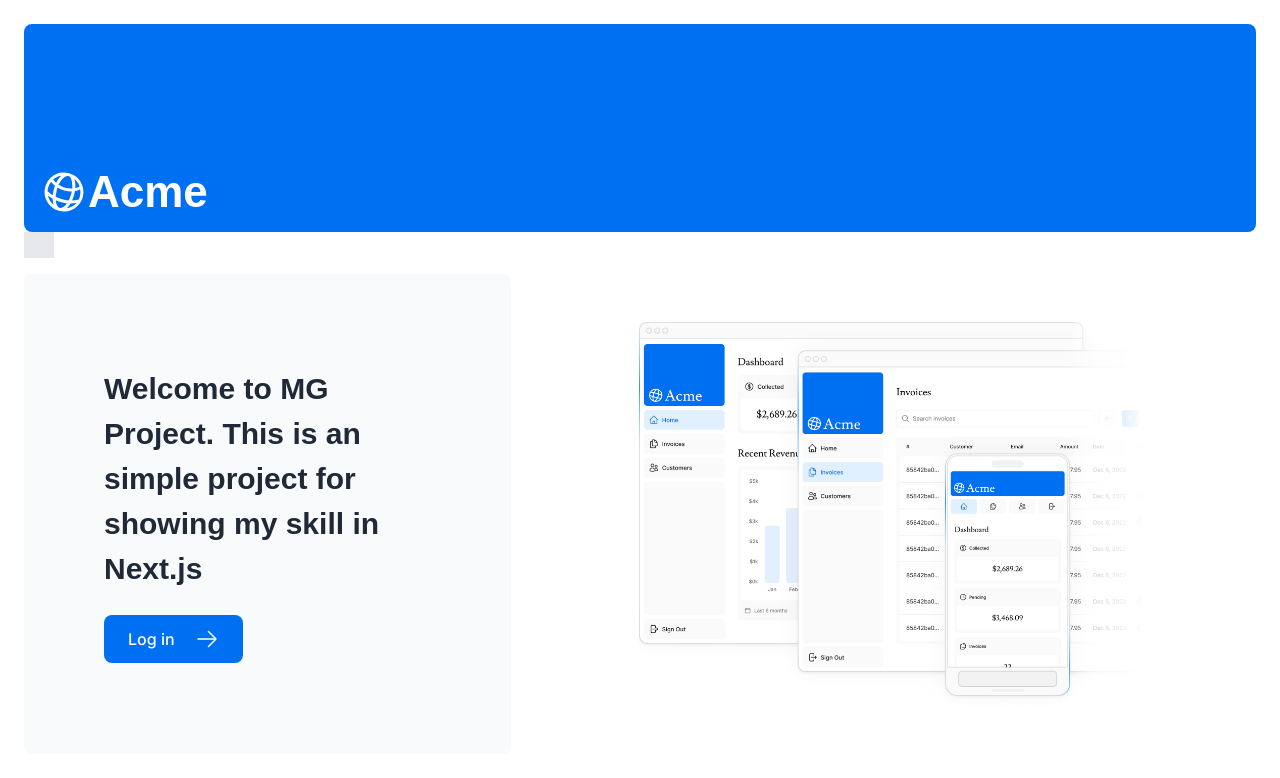
Repository: MikayelGubryan/Financial-dashboard
Page: /
These files come from the project's save history. The page is drawn as it stood at one moment and after the next save; the edit follows.
The browser window is 1280 px wide. The pictures show the whole page.
Some web fonts or font styles are not loaded; a fallback is used. The project was rebuilt for these pictures with package versions that can differ from the ones it lists, and the page was loaded fresh each time. The framework's server and built-in components were replaced by stand-ins that run in the browser. Also part of the build but not shown: next.config.mjs.

Above is the page before, as saved 2024-07-08 22:47:42.

### app/page.tsx
import AcmeLogo from '@/app/ui/acme-logo';
import { ArrowRightIcon } from '@heroicons/react/24/outline';
import Link from 'next/link';
import { lusitana } from './ui/fonts';
import Image from 'next/image';

export default function Page() {
  return (
    <main className="flex min-h-screen flex-col p-6">
      <div className="flex h-20 shrink-0 items-end rounded-lg bg-blue-500 p-4 md:h-52">
        <AcmeLogo />
      </div>
      <div
  className="relative w-0 h-0 border-l-[15px] border-r-[15px] border-b-[26px]"
/>
      <div className="mt-4 flex grow flex-col gap-4 md:flex-row">
        <div className="flex flex-col justify-center gap-6 rounded-lg bg-gray-50 px-6 py-10 md:w-2/5 md:px-20">
          <p className={`text-xl text-gray-800 md:text-3xl md:leading-normal ${lusitana.className}`}>
            <strong>Welcome to MG Project.</strong> This is an simple project for showing my skill in Next.js
          </p>
          <Link
            href="/login"
            className="flex items-center gap-5 self-start rounded-lg bg-blue-500 px-6 py-3 text-sm font-medium text-white transition-colors hover:bg-blue-400 md:text-base"
          >
            <span>Log in</span> <ArrowRightIcon className="w-5 md:w-6" />
          </Link>
        </div>
        <div className="flex items-center justify-center p-6 md:w-3/5 md:px-28 md:py-12">
          <Image
            src="/hero-desktop.png"
            width={1000}
            height={760}
            className="hidden md:block"
            alt="Screenshots of the dashboard project showing desktop version"
          />
        </div>
      </div>
    </main>
  );
}

### app/ui/fonts.ts
import { Inter } from 'next/font/google';
import { Lusitana } from 'next/font/google';

export const inter = Inter({subsets: ['latin']});
export const lusitana = Lusitana({subsets: ['latin'], weight: '700'})

Loaded but not shown: app/layout.tsx (common file); app/ui/global.css (common file); app/ui/acme-logo.tsx (common file); tailwind.config.ts (common file)

After the next save:
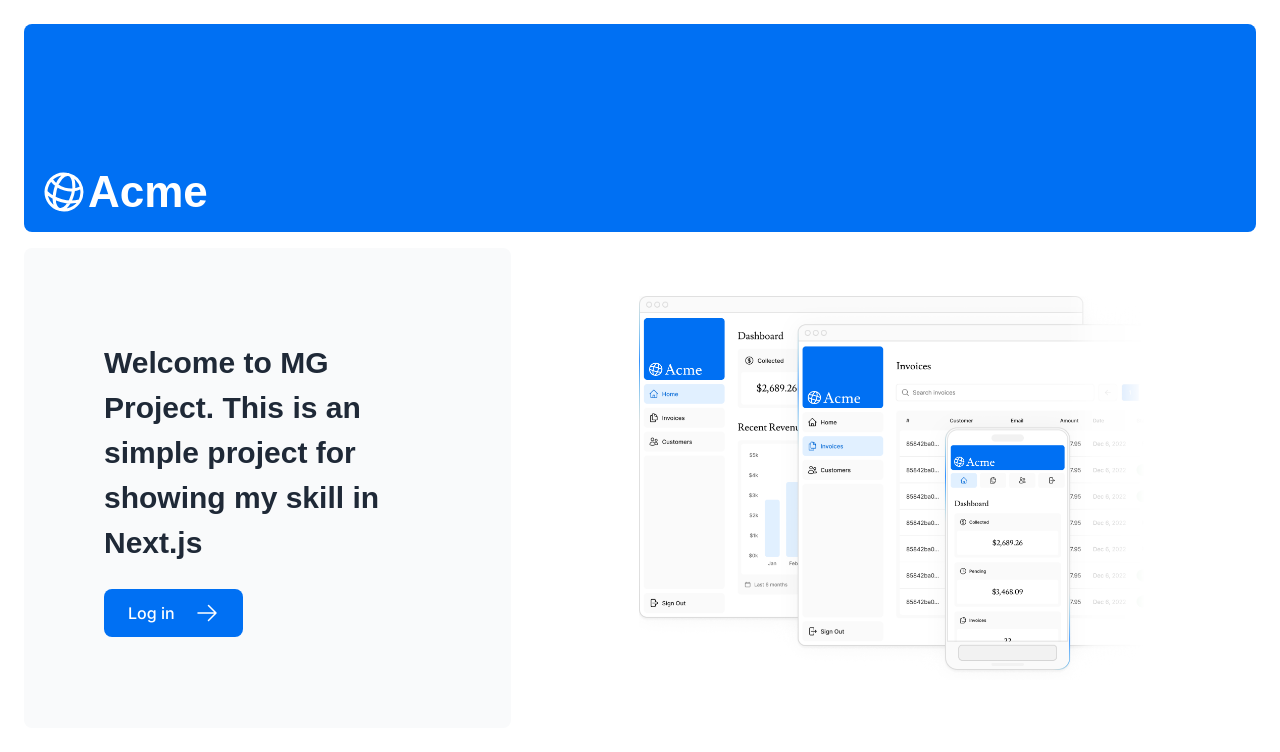
Saved 11 s later.
--- a/app/page.tsx
+++ b/app/page.tsx
@@ -10,9 +10,6 @@
       <div className="flex h-20 shrink-0 items-end rounded-lg bg-blue-500 p-4 md:h-52">
         <AcmeLogo />
       </div>
-      <div
-  className="relative w-0 h-0 border-l-[15px] border-r-[15px] border-b-[26px]"
-/>
       <div className="mt-4 flex grow flex-col gap-4 md:flex-row">
         <div className="flex flex-col justify-center gap-6 rounded-lg bg-gray-50 px-6 py-10 md:w-2/5 md:px-20">
           <p className={`text-xl text-gray-800 md:text-3xl md:leading-normal ${lusitana.className}`}>
